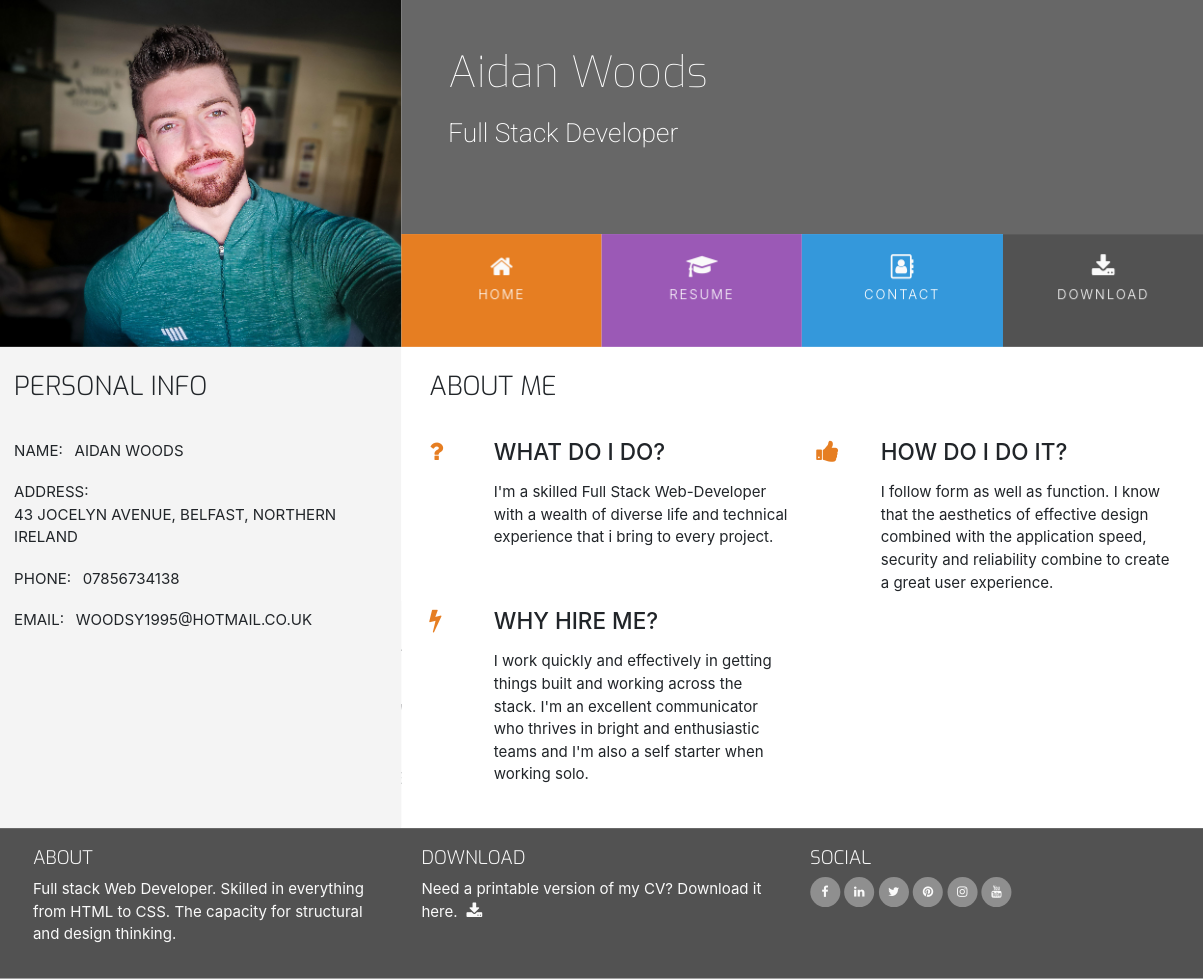
Repository: woodsyboi/Resume
Page: index.html
The author's editor kept a record of every edit. The page is drawn from the files as they stood at one moment, then again after the next edit.
The browser window is 1280 px wide. The pictures show the whole page, at 94% of full size.

Above is the page before.

After the next edit:
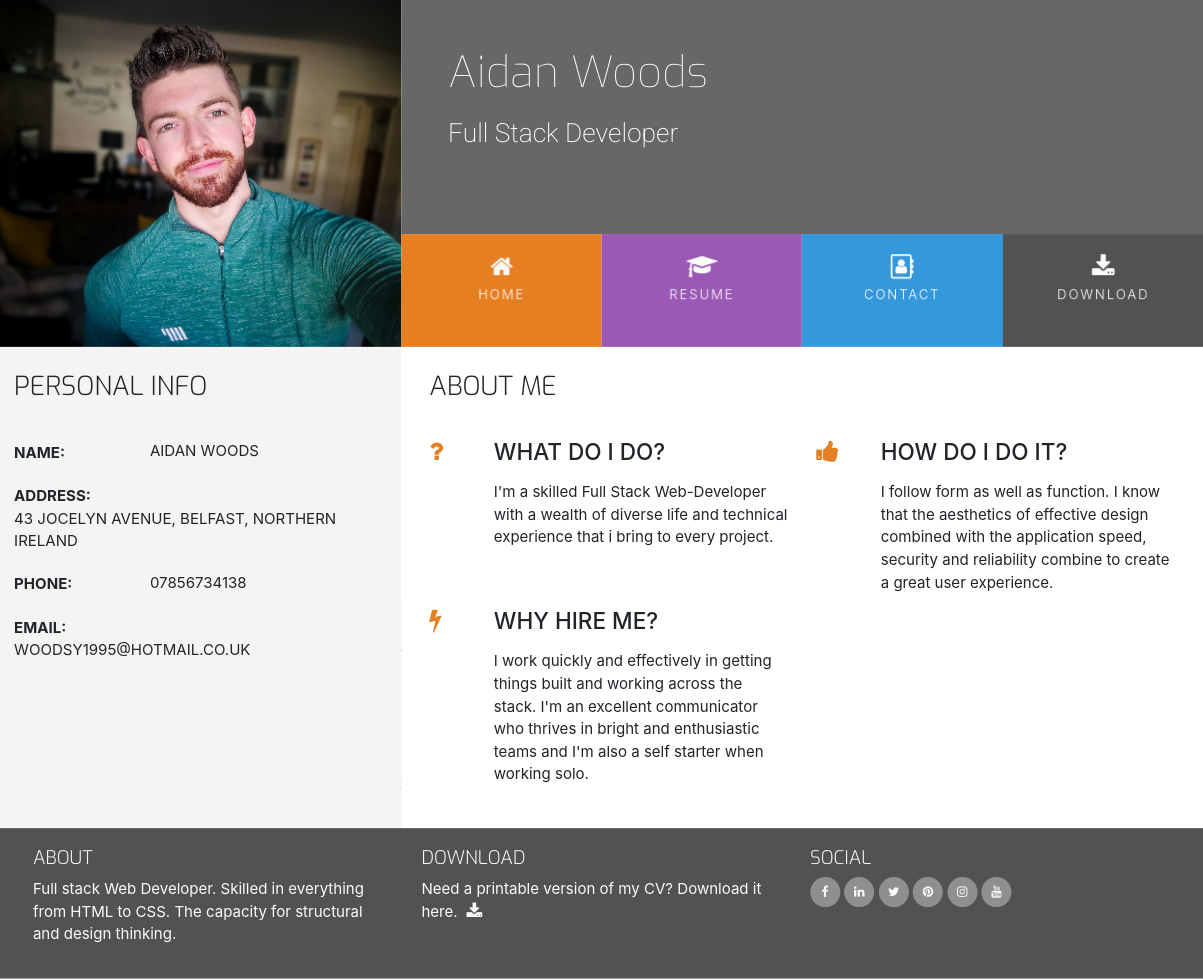
The edit:
--- a/assets/css/style.css
+++ b/assets/css/style.css
@@ -268,3 +268,18 @@ footer{
 .personal-info-item .value p{
     margin:0;
 }
+
+.personal-info-item .key{
+    width:30%;
+    margin-right:21px;
+    padding-top:2px;
+    vertical-align:top;
+}
+
+.personal-info-item .key p {
+    font-weight: 700;
+}
+
+.personal-info-item .value{
+
+}
